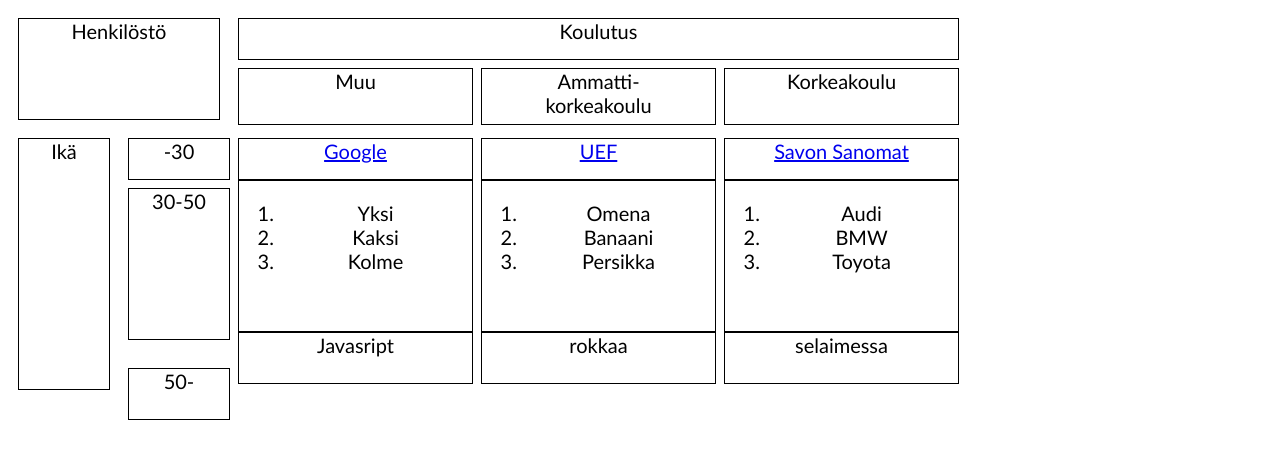
Repository: Niina-Maria/tehtavat-12-17-Niina-Maria2
Page: teht14.html
An editor plug-in stored every save of this project. The page is shown before and after the next save, followed by the edit.
The browser window is 1280 px wide. The pictures show the whole page.

Above is the page before, as saved 2024-11-18 15:29:10.

### teht14.html
<!DOCTYPE html>
<html>
    <head><link rel="stylesheet" href="teht14.css"></head>
    <body>
        <div class="grid-container">

                <div class="header">Henkilöstö</div>
                <div class="header2">Koulutus</div>

                <div class="main">Muu</div>
                <div class="main2">Ammatti-<br>korkeakoulu</div>
                <div class="main3">Korkeakoulu</div>


                <div class="navMain">Ikä</div>
                <div class="navMain2">-30</div>
                <div class="navMain3">30-50</div>
                <div class="navMain4">50-</div>

                <div>
                <div class="main4"><a href="www.google.com">Google</a></div>
                <div class="main7">
                    <ol>
                        <li>Yksi</li>
                        <li>Kaksi</li>
                        <li>Kolme</li>
                    </ol>
                </div>
                <div class="footer">Javasript</div>
                </div>

                <div>
                <div class="main5"><a href="https://www.uef.fi/fi">UEF</a></div>
                <div class="main8">
                    <ol>
                    <li>Omena</li>
                    <li>Banaani</li>
                    <li>Persikka</li>
                </ol>
                </div>
                <div class="footer2">rokkaa</div>
            </div>
            <div>

                <div class="main6"><a href="https://www.savonsanomat.fi/">Savon Sanomat</a></div>
                <div class="main9">
                    <ol>
                        <li>Audi</li>
                        <li>BMW</li>
                        <li>Toyota</li>
                    </ol>
                </div>
                <div class="footer3">selaimessa</div>
            </div>





             <!--    <div class="main7">
                    <ol>
                        <li>Yksi</li>
                        <li>Kaksi</li>
                        <li>Kolme</li>
                    </ol>
                </div> -->

               <!--  <div class="main8">
                    <ol>
                    <li>Omena</li>
                    <li>Banaani</li>
                    <li>Persikka</li>
                </ol>
                </div> -->


          <!--       <div class="main9">
                    <ol>
                        <li>Audi</li>
                        <li>BMW</li>
                        <li>Toyota</li>
                    </ol>
                </div> -->


                <!-- <div class="footer">Javasript</div> -->
                <!-- <div class="footer2">rokkaa</div> -->
                <!-- <div class="footer3">selaimessa</div>    -->
            </div>


        </body>
    </html>



            <!-- <tr>
                <tr>
                    <th rowspan="6">Ikä</th>
                    <th >-30</th>
                    <td><a href="www.google.com">Google</a></td>
                    <td><a href="https://www.uef.fi/fi">UEF</a></td>
                    <td><a href="https://www.savonsanomat.fi/">Savon Sanomat</a></td>
                </tr>
                <tr>
                    <th>30-50</th>
                    <td>
                        <ol>
                            <li>Yksi</li>
                            <li>Kaksi</li>
                            <li>Kolme</li>
                        </ol>
                    </td>
                    <td>
                        <ol>
                            <li>Omena</li>
                            <li>Banaani</li>
                            <li>Persikka</li>
                        </ol>
                    </td>
                    <td>
                        <ol>
                            <li>Audi</li>
                            <li>BMW</li>
                            <li>Toyota</li>
                    </ol>
                    </td>
                </tr>

                <tr>
                    <th>50-</th>
                    <td style="font-size:30px; "><strong><em>Javascript</em></strong></td>
                    <td style="font-size:30px; "><strong><em>rokkaa</em></strong></td>
                    <td style="font-size:30px; "><strong><em>selaimessa</em></strong></td>
                </tr>
            </tr> -->

### teht14.css

.grid-container{
    display: grid;
    width: 75%;
    grid-template-columns: 100px 100px 233px 233px 233px;
    grid-template-areas:
    "header header header2 header2 header2"
    "header header main main2 main3"
    "navMain navMain2 main4 main5 main6"
    "navMain navMain3 main7 main8 main9"
    "navMain navMain3 main7 main8 main9"
    "navMain navMain3 main7 main8 main9"
    "navMain navMain4 footer footer2 footer3";
    grid-template-rows: 40px 60px 40px 50px 50px 50px 50px;
    gap: 10px;
    padding: 10px;

    }

.grid-container > div {
    text-align: center;
    font-size: 20px;
    /* display: grid; */
    }

.header {
    grid-area: header;
    grid-column: 1/span2;
    grid-row: 1/span 2;
    border-width: 1px;
    border-style: solid;
    font-size: 20px;
    font-family: 'Gill Sans', 'Gill Sans MT', Calibri, 'Trebuchet MS', sans-serif;
    font-style: bold;
    text-align: center;
    height: 100px;
    width: 200px;
    }

.header2 {
    grid-area: header2;
    grid-column: 3/span 3;
    grid-row: 1/span 1;
    font-size: 20px;
    font-family: 'Gill Sans', 'Gill Sans MT', Calibri, 'Trebuchet MS', sans-serif;
    font-style: bold;
    text-align: center;
    border-width: 1px;
    border-style: solid;
    width: 100%;
    height: 40px;
    }

.navMain{
    grid-area: navMain;
    grid-column: 1;
    grid-row: 3/span 4;
    font-size: 20px;
    font-family: 'Gill Sans', 'Gill Sans MT', Calibri, 'Trebuchet MS', sans-serif;
    font-style: bold;
    text-align: center;
    width: 90%;
    height: 250px;
    border-width: 1px;
    border-style: solid;
}

.navMain2 {
    grid-area: navMain2;
    grid-column: 2 ;
    grid-row: 3;
    font-size: 20px;
    font-family: 'Gill Sans', 'Gill Sans MT', Calibri, 'Trebuchet MS', sans-serif;
    font-style: bold;
    text-align: center;
    width: 100px;
    height: 40px;
    border-width: 1px;
    border-style: solid;
}


.main{
    grid-area: main;
    grid-column: 3;
    grid-row: 2;
    font-size: 20px;
    font-family: 'Gill Sans', 'Gill Sans MT', Calibri, 'Trebuchet MS', sans-serif;
    font-style: bold;
    text-align: center;
    border-width: 1px;
    border-style: solid;
    height: 55px;
    width: 233px;

}

.main2 {
    grid-area: main2;
    grid-column: 4;
    grid-row: 2;
    font-size: 20px;
    font-family: 'Gill Sans', 'Gill Sans MT', Calibri, 'Trebuchet MS', sans-serif;
    font-style: bold;
    text-align: center;
    border-width: 1px;
    border-style: solid;
    height: 55px;
    width: 233px;
}

.main3{
    grid-area: main3;
    grid-column: 5;
    grid-row: 2;
    font-size: 20px;
    font-family: 'Gill Sans', 'Gill Sans MT', Calibri, 'Trebuchet MS', sans-serif;
    font-style: bold;
    text-align: center;
    border-width: 1px;
    border-style: solid;
    height: 55px;
    width: 233px;
}



.main4 {
    grid-area: main4;
    grid-column: 3;
    grid-row: 3;
    font-size: 20px;
    font-family: 'Gill Sans', 'Gill Sans MT', Calibri, 'Trebuchet MS', sans-serif;
    font-style: bold;
    text-align: center;
    border-width: 1px;
    border-style: solid;
    height: 40px;
    width: 233px;
}

.main5{
    grid-area: main5;
    grid-column: 4;
    grid-row: 3;
    font-size: 20px;
    font-family: 'Gill Sans', 'Gill Sans MT', Calibri, 'Trebuchet MS', sans-serif;
    font-style: bold;
    text-align: center;
    border-width: 1px;
    border-style: solid;
    height: 40px;
    width: 233px;
}
.main6{
    grid-area: main6;
    grid-column: 5;
    grid-row: 3;
    font-size: 20px;
    font-family: 'Gill Sans', 'Gill Sans MT', Calibri, 'Trebuchet MS', sans-serif;
    font-style: bold;
    text-align: center;
    border-width: 1px;
    border-style: solid;
    height: 40px;
    width: 233px;
}


.navMain3 {
        grid-area: navMain3;
        grid-column: 2;
        grid-row: 4/span 3;
        font-size: 20px;
        font-family: 'Gill Sans', 'Gill Sans MT', Calibri, 'Trebuchet MS', sans-serif;
        font-style: bold;
        text-align: center;
        width: 100px;
        height: 150px;
        border-width: 1px;
        border-style: solid;
        gap: 3px;
    }

.main7{
        grid-area: main7;
        grid-column: 3;
        grid-row: 4/span 3;
        font-size: 20px;
        font-family: 'Gill Sans', 'Gill Sans MT', Calibri, 'Trebuchet MS', sans-serif;
        font-style: bold;
        text-align: center;
        border-width: 1px;
        border-style: solid;
        height: 150px;
        width: 233px;
    }

.main8{
        grid-area: main8;
        grid-column: 4;
        grid-row: 1/span 3;
        font-size: 20px;
        font-family: 'Gill Sans', 'Gill Sans MT', Calibri, 'Trebuchet MS', sans-serif;
        font-style: bold;
        text-align: center;
        border-width: 1px;
        border-style: solid;
        height: 150px;
        width: 233px;
    }


    .main9{
        grid-area: main9;
        grid-column: 5;
        grid-row: 4/span 3;
        font-size: 20px;
        font-family: 'Gill Sans', 'Gill Sans MT', Calibri, 'Trebuchet MS', sans-serif;
        font-style: bold;
        text-align: center;
        border-width: 1px;
        border-style: solid;
        height: 150px;
        width: 233px;
    }

    .navMain4 {
        grid-area: navMain4;
        grid-column: 2/span 1;
        grid-row: 7/span 1;
        font-size: 20px;
        font-family: 'Gill Sans', 'Gill Sans MT', Calibri, 'Trebuchet MS', sans-serif;
        font-style: bold;
        text-align: center;
        width: 100px;
        height: 50px;
        border-width: 1px;
        border-style: solid;
    }
    .footer {
        grid-area: footer;
        grid-column: 3;
        grid-row: 7/span 1;
        font-size: 20px;
        font-family: 'Gill Sans', 'Gill Sans MT', Calibri, 'Trebuchet MS', sans-serif;
        font-style: bold;
        text-align: center;
        width: 233px;
        height: 50px;
        border-width: 1px;
        border-style: solid;
    }

    .footer2 {
        grid-area: footer2;
        grid-column: 4;
        grid-row: 7/span 1;
        font-size: 20px;
        font-family: 'Gill Sans', 'Gill Sans MT', Calibri, 'Trebuchet MS', sans-serif;
        font-style: bold;
        text-align: center;
        width: 233px;
        height: 50px;
        border-width: 1px;
        border-style: solid;
    }

    .footer3 {
        grid-area: footer3;
        grid-column: 5;
        grid-row: 7/span 1;
        font-size: 20px;
        font-family: 'Gill Sans', 'Gill Sans MT', Calibri, 'Trebuchet MS', sans-serif;
        font-style: bold;
        text-align: center;
        width: 233px;
        height: 50px;
        border-width: 1px;
        border-style: solid;
    }

After the next save:
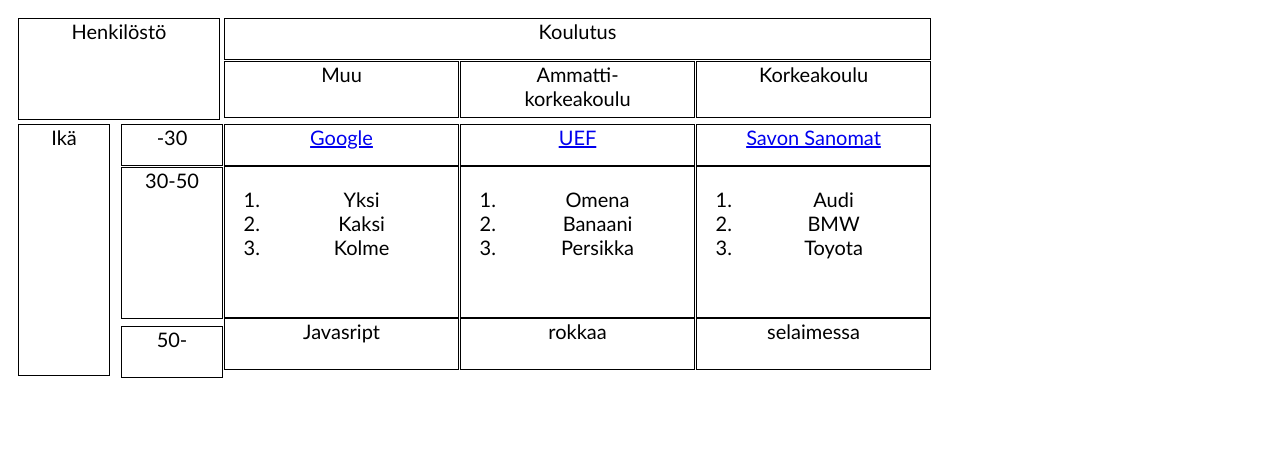
Saved 20 s later.
--- a/teht14.css
+++ b/teht14.css
@@ -12,7 +12,7 @@
     "navMain navMain3 main7 main8 main9"
     "navMain navMain4 footer footer2 footer3";
     grid-template-rows: 40px 60px 40px 50px 50px 50px 50px;
-    gap: 10px;
+    gap: 3px;
     padding: 10px;
 
     }
